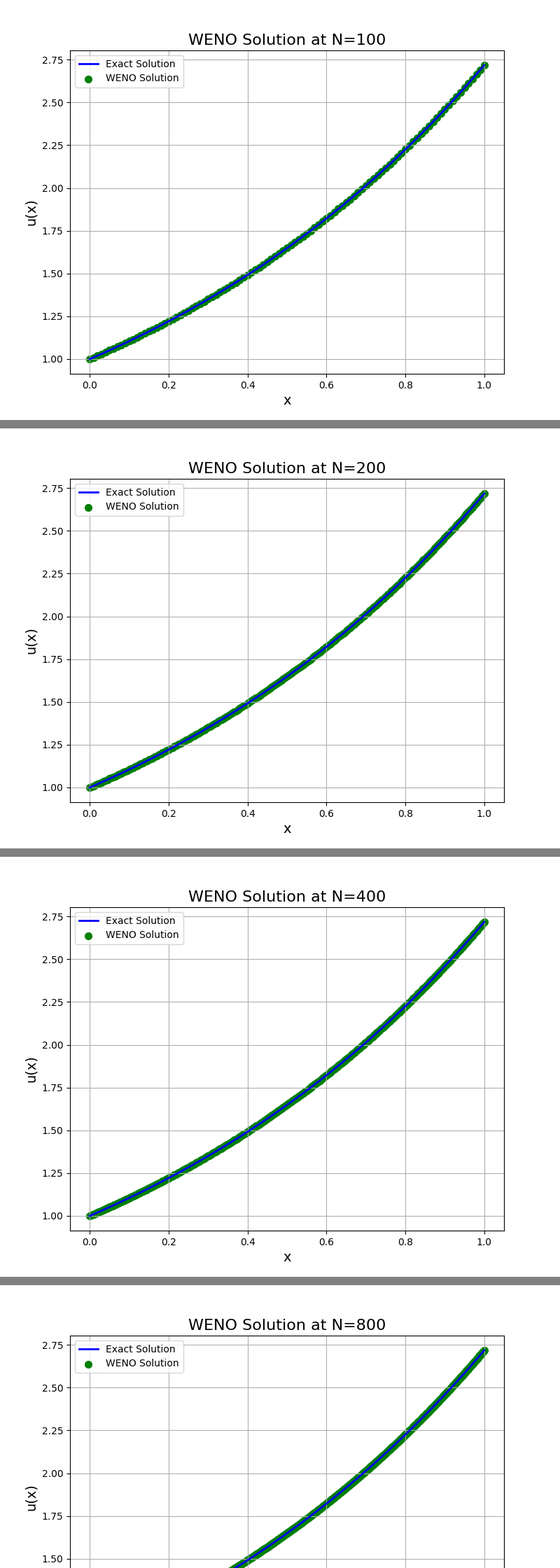
Repository: mishiroo/WENO
Script's output: python main.py
An editor plug-in stored every save of this project. The script's output is shown before and after the next save, followed by the edit.
The pictures show rows 0 to 2240 of an output 3048 px tall, at 70% of full size.
Each picture stacks the figures in order, with grey between them; figures that are only written to a file come last. Random numbers start from a fixed seed.

Above is the script's output before, as saved 2024-12-03 15:13:25.

After the next save:
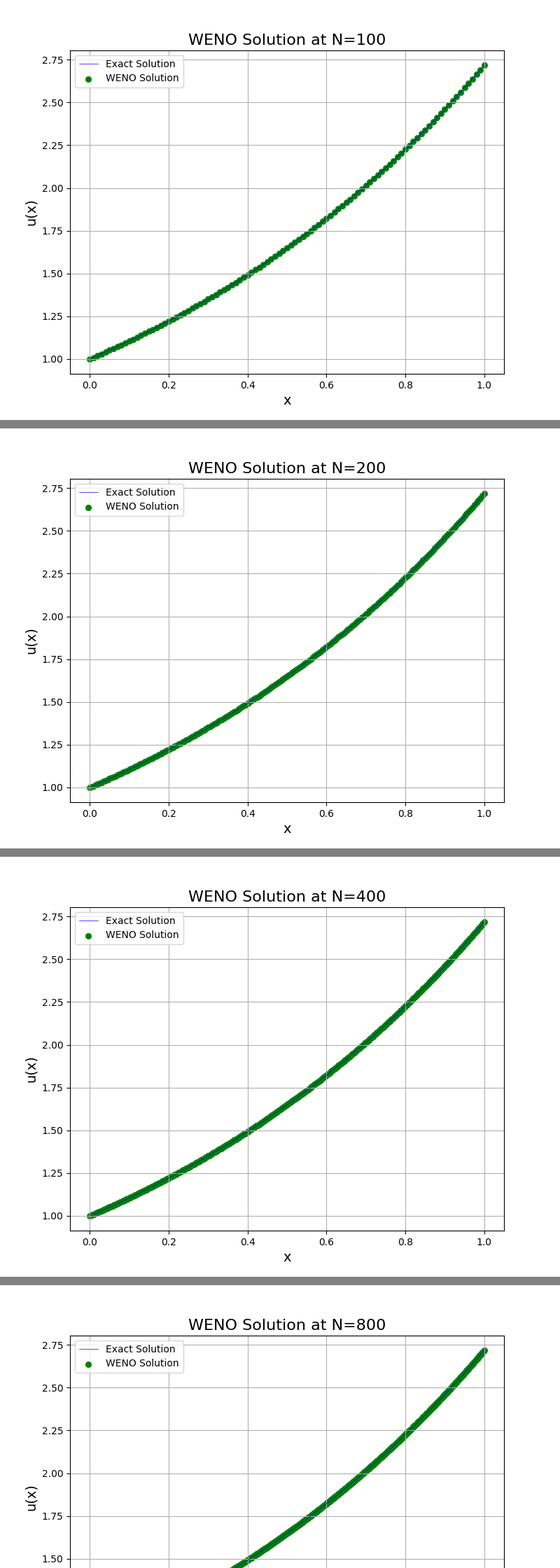
Saved 8 s later.
--- a/ErrorAnalysis.py
+++ b/ErrorAnalysis.py
@@ -114,12 +114,12 @@ def Draw(
 
     # 绘制理论值
     plt.plot(
-        mesh, theo_values, label="Exact Solution", color="b", linestyle="-", linewidth=2
+        mesh, theo_values, label="Exact Solution", color="b", linestyle="-", linewidth=0.5
     )
 
     # 绘制WENO数值解
     plt.scatter(
-        mesh, weno_values, label="WENO Solution", color="green", marker="o", linewidth=2
+        mesh, weno_values, label="WENO Solution", color="green", marker="o", linewidth=0.5
     )
 
     # 设置标题和标签
